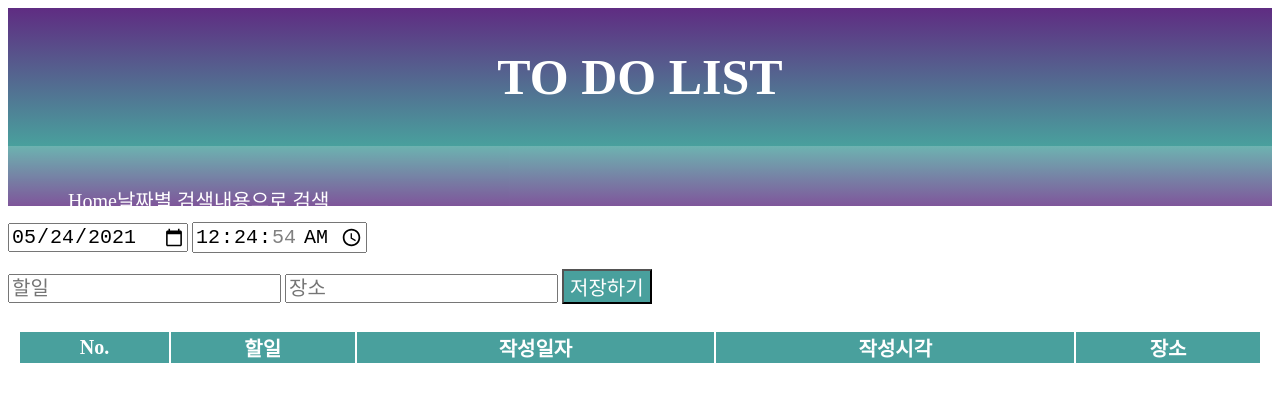
Repository: kimyoungjin98/Exam_Project
Page: http://localhost/Server_PR_TodoList/
An editor plug-in stored every save of this project. The page is shown before and after the next save, followed by the edit.
The browser window is 1280 px wide. The pictures show the whole page.
Some web fonts or font styles are not loaded; a fallback is used. The page is served by Tomcat 9. Queries for data that is not in the repository find no rows.

Above is the page before, as saved 2021-05-25 01:34:36.

After the next save:
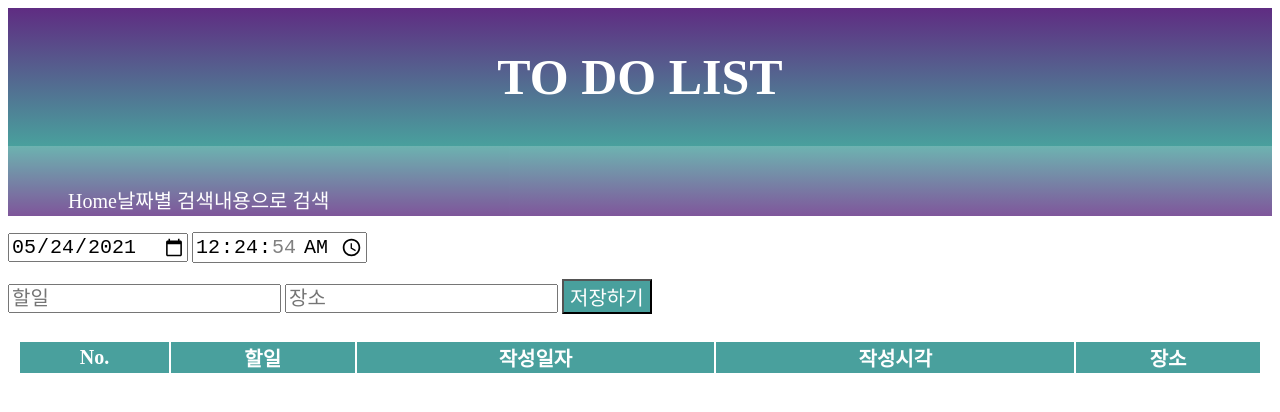
Saved 36 s later.
--- a/Server_PR_TodoList/src/main/webapp/WEB-INF/views/banner.jsp
+++ b/Server_PR_TodoList/src/main/webapp/WEB-INF/views/banner.jsp
@@ -56,7 +56,7 @@
 	display:block;
 
 
-
+	height:30px;
 	background:linear-gradient(to top, #5f2c82, #49a09d);
 	opacity: 0.8;
 	color:white;

After the save that followed:
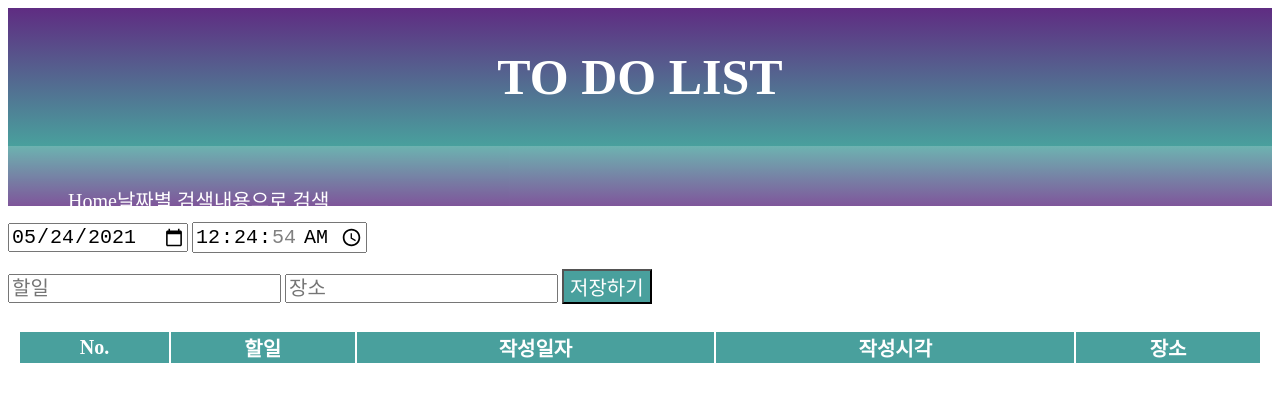
Saved 14 s later.
--- a/Server_PR_TodoList/src/main/webapp/WEB-INF/views/banner.jsp
+++ b/Server_PR_TodoList/src/main/webapp/WEB-INF/views/banner.jsp
@@ -56,7 +56,8 @@
 	display:block;
 
 
-	height:30px;
+	height:auto;
+	width:auto;
 	background:linear-gradient(to top, #5f2c82, #49a09d);
 	opacity: 0.8;
 	color:white;
